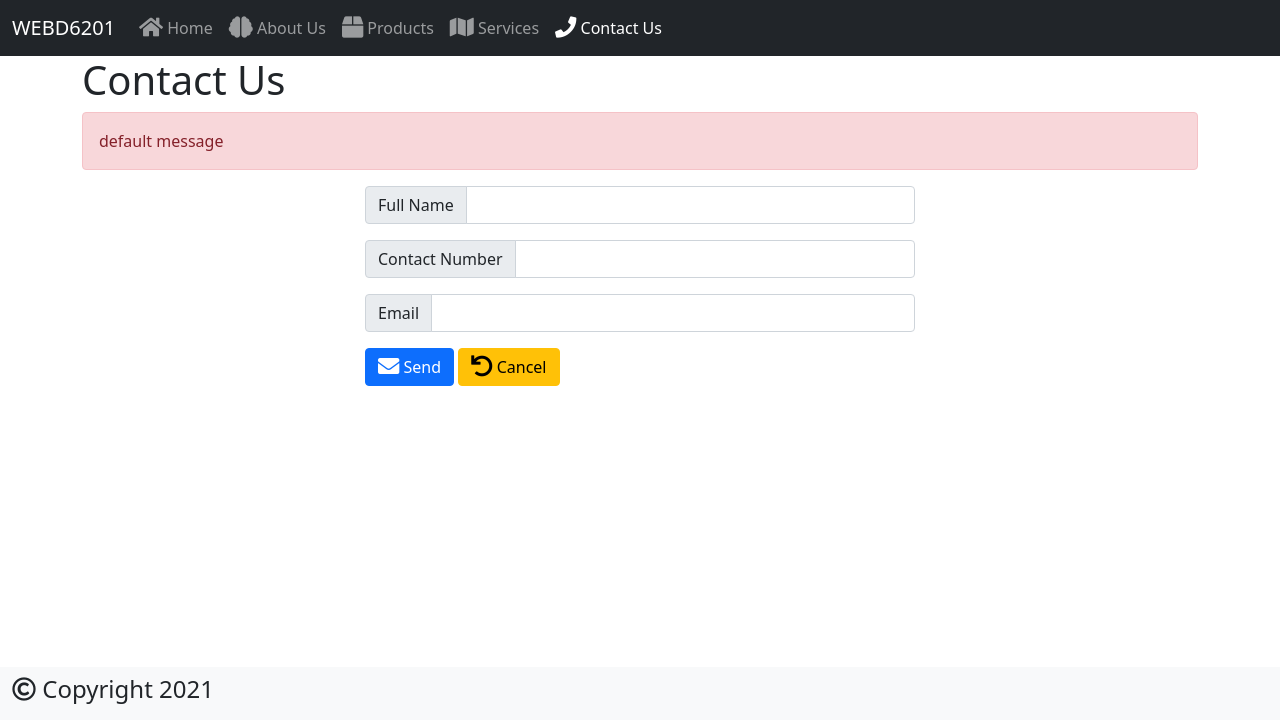
Repository: AshokSasi/WEBD6201-Week3
Page: contact.html
The author's editor kept a copy of each file at every save. The page is drawn from the files as they stood at one save, then again after the next save.
The browser window is 1280 px wide. The pictures show the whole page.

Above is the page before, as saved 2021-01-21 10:50:21.

### contact.html
<!DOCTYPE html>
<html lang="en">
<head>
    <meta charset="UTF-8">
    <meta name="viewport" content="width=device-width, initial-scale=1.0">
    <title>Contact Us</title>
    <!-- CSS Section-->
    <link rel="stylesheet" href="./Content/app.css">
    <link rel="stylesheet" href="./node_modules/bootstrap/dist/css/bootstrap.min.css">
    <link rel="stylesheet" href="./node_modules/@fortawesome/fontawesome-free/css/all.min.css">
</head>
<body>
  <!-- Main Header -->
    <header>
      <!--main navbar-->
        <nav class="navbar navbar-expand-lg navbar-dark bg-dark">
            <div class="container-fluid">
              <a class="navbar-brand" href="index.html">WEBD6201</a>
              <button class="navbar-toggler" type="button" data-bs-toggle="collapse" data-bs-target="#navbarSupportedContent" aria-controls="navbarSupportedContent" aria-expanded="false" aria-label="Toggle navigation">
                <span class="navbar-toggler-icon"></span>
              </button>
              <div class="collapse navbar-collapse" id="navbarSupportedContent">
                <ul class="navbar-nav me-auto mb-2 mb-lg-0">
                  <li class="nav-item">
                    <a class="nav-link" aria-current="page" href="index.html"><i class="fas fa-home fa-lg"></i> Home</a>
                  </li>
                  <li class="nav-item">
                    <a class="nav-link" aria-current="page" href="about.html"><i class="fas fa-brain fa-lg"></i> About Us</a>
                  </li>
                  <li class="nav-item">
                    <a class="nav-link" aria-current="page" href="products.html"><i class="fas fa-box fa-lg"></i> Products</a>
                  </li>
                  <li class="nav-item">
                    <a class="nav-link" aria-current="page" href="services.html"><i class="fas fa-map fa-lg"></i> Services</a>
                  </li>
                  <li class="nav-item">
                    <a class="nav-link active" aria-current="page" href="contact.html"><i class="fas fa-phone fa-lg"></i> Contact Us</a>
                  </li>
                </ul>

              </div>
            </div>
          </nav>
    </header>

    <!-- Main Content-->
    <main class="container">
        <h1>Contact Us</h1>
       <div id="messageArea" class="alert alert-danger">
         default message
       </div>
        <!--Contact us form-->
        <div class="row justify-content-md-center g-3">
          <form class="col-lg-6 col-md-10 col-sm-10">

            <div class="input-group mb-3">
              <span class="input-group-text" id="inputGroup-sizing-default">Full Name</span>
              <input id= "fullName" type="text" class="form-control" aria-label="Full Name" aria-describedby="Full Name Input"
              name="fullName" required>
            </div>


            <div class="input-group mb-3">
              <span class="input-group-text" id="inputGroup-sizing-default">Contact Number</span>
              <input id= "contactNumber" type="tel" class="form-control" aria-label="Contact Number" aria-describedby="Contact Number Input"
              name="contactNumber" required>
            </div>

            <div class="input-group mb-3">
              <span class="input-group-text" id="inputGroup-sizing-default">Email</span>
              <input id= "emailAddress" type="email" class="form-control" aria-label="Email Address" aria-describedby="Email Address Input"
              name="emailAddress" required>
            </div>

            <button type="submit" class="btn btn-primary"><i class="fas fa-envelope fa-lg"></i> Send</button>
            <button type="reset" class="btn btn-warning"><i class="fas fa-undo fa-lg"></i> Cancel</button>
          </form>

        </div>

    </main>

    <!--Main Footer Nav -->
    <footer>
        <nav class="navbar fixed-bottom navbar-light bg-light">
            <div class="container-fluid">
              <h4><i class="far fa-copyright"></i> Copyright 2021</h4>
            </div>
          </nav>
    </footer>

    <!--Javascript section-->
    <script src="./Scripts/app.js"></script>
    <script src="./node_modules/jquery/dist/jquery.min.js"></script>
    <script src="./node_modules/bootstrap/dist/js/bootstrap.bundle.min.js"></script>
</body>
</html>

### Scripts/app.js

//IIFE Immediately Function Expression
//AKA - Anonymous Self- Executing Function
//Closure - Limits scop leak

"use strict";

(function()
{
    function displayHome()
    {
        let paragraphOneText =
          "This is a simple site to demonstrate DOM manipulation for ICE 1";

        let paragraphOneElement = document.getElementById("paragraphOne");

        paragraphOneElement.textContent = paragraphOneText;
        paragraphOneElement.className = "fs-5";

        // Step 1: document.createElement
        let newParagraph = document.createElement("p");
        // Step 2: Configure the element
        newParagraph.setAttribute("id", "paragraphTwo");
        newParagraph.textContent = "... And this is paragraph two";
        // Step 3: Select the parent element
        let mainContent = document.getElementsByTagName("main")[0];
        // Step4: Add/Insert the element
        mainContent.appendChild(newParagraph);

        newParagraph.className = "fs-6";

        //another way of injecting content
        let paragraphDiv = document.createElement("div");
        let paragraphThree = `<p id="paragraphThree" class="fs-7 fw-bold">And this is the third paragraph</p>`;
        paragraphDiv.innerHTML = paragraphThree;

        //example of inserting before a node.
        //  newParagraph.before(paragraphDiv)

        //example of inserting after a node.
        newParagraph.after(paragraphDiv);

        //delete elements
        //paragraphOneElement.remove();

        //example of remove child
        mainContent.removeChild(paragraphOneElement);

        //update / modification
        // mainContent.firstElementChild.textContent = "Welcome Home";

        mainContent.innerHTML = `<h1 id="firstHeading">Welcome to WEBD6201 - ICE 1</h1>
     <p id="paragraphOne" class="fs-3 fw-bold">This is my first paragraph</p>
     `;

    }

    function displayAbout()
    {

    }

    function displayProducts()
    {

    }

    function displayServices()
    {

    }

    function displayContact()
    {
        let messageArea = document.getElementById("messageArea");
        //messageArea.hidden = true;

        //form validation
        let fullName = document.getElementById("fullName");
        fullName.addEventListener("blur", function(){

            if(fullName.value.length < 2)
            {
                fullName.focus();
                fullName.select();
            }

        })
    }

    function Start()
    {
        console.log("App started ...");
        console.log(document.title);
        switch (document.title)
        {
          case "Home":
              displayHome();
            break;
          case "About":
              displayAbout();
            break;
          case "Products":
              displayProducts();
            break;
          case "Services":
              displayServices();
            break;
          case "Contact Us":
              displayContact();
            break;
        }


    }
    window.addEventListener("load", Start);
})();

Loaded but not shown: node_modules/bootstrap/dist/css/bootstrap.min.css (library); node_modules/@fortawesome/fontawesome-free/css/all.min.css (library); node_modules/jquery/dist/jquery.min.js (library); node_modules/bootstrap/dist/js/bootstrap.bundle.min.js (library); Content/app.css (no stored copy; drawn as an empty file)

After the next save:
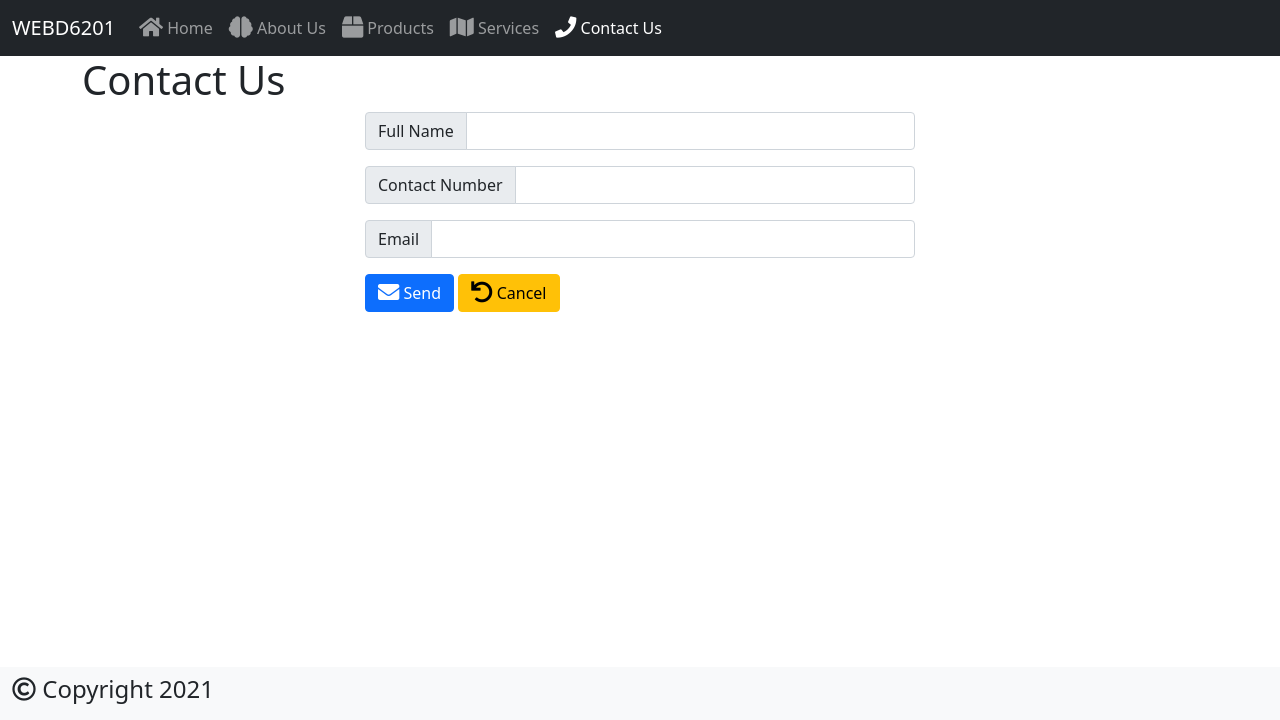
Saved 34 s later.
--- a/Scripts/app.js
+++ b/Scripts/app.js
@@ -73,7 +73,7 @@
     function displayContact()
     {
         let messageArea = document.getElementById("messageArea");
-        //messageArea.hidden = true;
+        messageArea.hidden = true;
 
         //form validation
         let fullName = document.getElementById("fullName");
